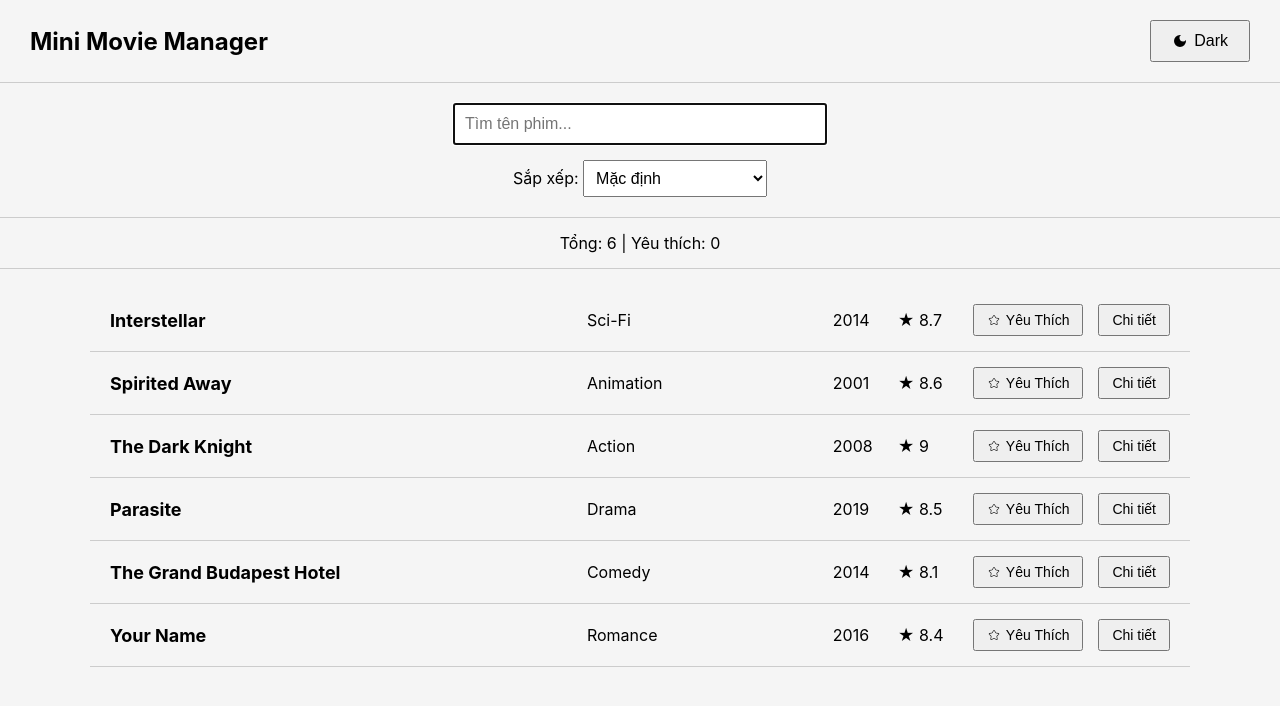
Repository: duyndhe195099/fer202_lab2
Page: /
These files come from the project's save history. The page is drawn as it stood at one moment and after the next save; the edit follows.
The browser window is 1280 px wide. The pictures show the whole page.
The project was rebuilt for these pictures with package versions that can differ from the ones it lists, and the page was loaded fresh each time. Also part of the build but not shown: src/components/MovieDetail.js.

Above is the page before, as saved 2026-10-02 11:19:33.

After the next save:
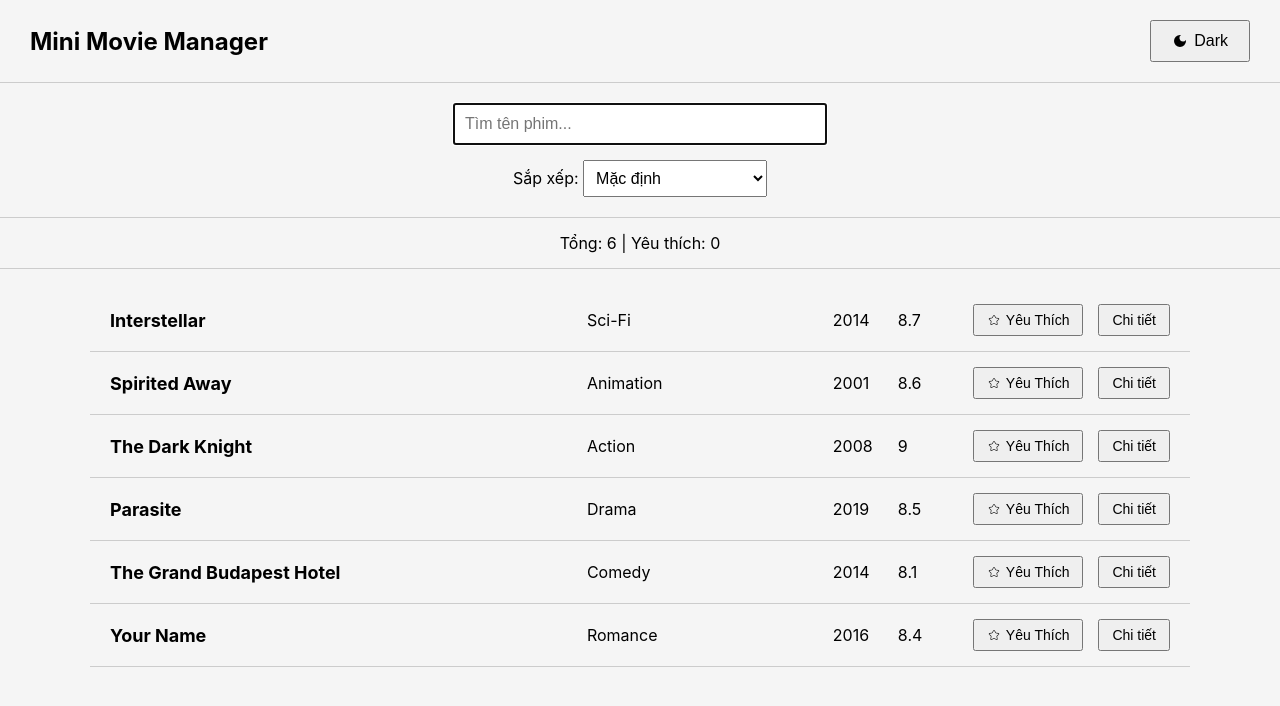
Saved 61 s later.
--- a/src/components/MovieItem.js
+++ b/src/components/MovieItem.js
@@ -30,7 +30,7 @@ function MovieItem({ movie, isFavorite, toggleFavorite, viewDetail }) {
 
       <span style={{ width: "50px" }}>{movie.year}</span>
 
-      <span style={{ width: "60px" }}>★ {movie.rating}</span>
+      <span style={{ width: "60px" }}> {movie.rating}</span>
 
       <button onClick={() => toggleFavorite(movie.id)} style={buttonStyle}>
         {isFavorite ? (
